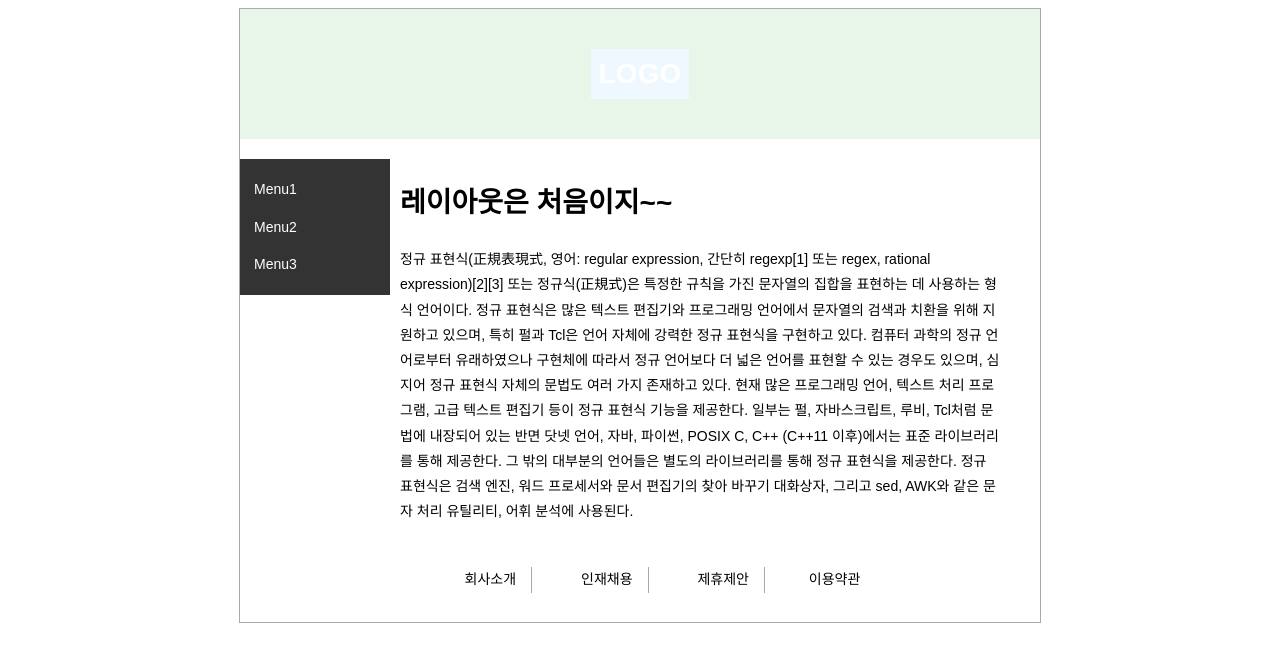
Repository: hsaar/jsworkplace
Page: http://localhost/testjsp/jsp/login.jsp
The author's editor kept a copy of each file at every save. The page is drawn from the files as they stood at one save, then again after the next save.
The browser window is 1280 px wide. The pictures show the whole page.
The page is served by Tomcat 9.

Above is the page before, as saved 2025-08-21 01:23:12.

After the next save:
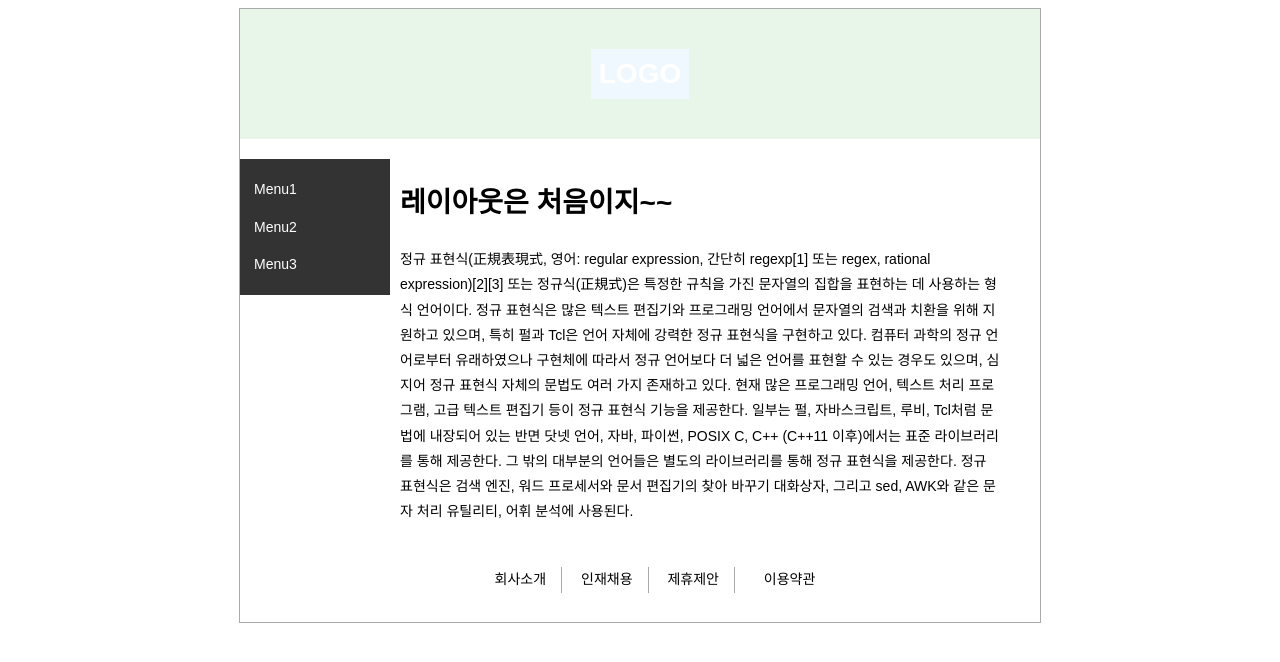
Saved 12 s later.
--- a/testjsp/src/main/webapp/jsp/login.jsp
+++ b/testjsp/src/main/webapp/jsp/login.jsp
@@ -72,7 +72,7 @@
 
 
 		display: inline-block;
-		margin: 15px;
+		margin: 0;
 		padding : 0 15px;
 		border-right: 1px solid #aaa;
 	}
